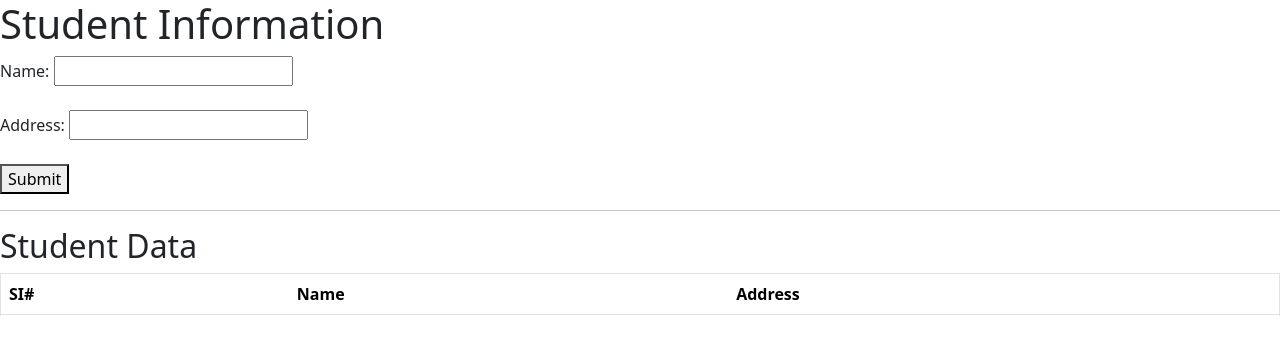
Repository: Rose-gitungo/LearningSpring
Page: Controller & RestController/Assessement07/src/main/resources/static/index.html
The author's editor kept a copy of each file at every save. The page is drawn from the files as they stood at one save, then again after the next save.
The browser window is 1280 px wide. The pictures show the whole page.

Above is the page before, as saved 2024-06-07 13:16:50.

### Controller & RestController/Assessement07/src/main/resources/static/index.html
<!DOCTYPE html>
<html>
<head>
<meta charset="ISO-8859-1">
<title>Insert title here</title>
</head>
<body>
<h1>Student Information</h1>

    <form id="studentForm">
        <label for="name">Name:</label>
        <input type="text" id="name" name="name" required><br><br>

        <label for="address">Address:</label>
        <input type="text" id="address" name="address" required><br><br>

        <button type="submit">Submit</button>
    </form>

    <hr>

    <h2>Student Data</h2>
    <table id="studentTable" border="1" class="table">
        <thead>
            <tr>
				<th>SI#</th>
                <th>Name</th>
                <th>Address</th>
            </tr>
        </thead>
        <tbody>
          <tr></tr>
            <tr></tr>
              <tr></tr>
        </tbody>
    </table>
    <link rel="stylesheet" href="https://cdn.jsdelivr.net/npm/bootstrap@5.3.2/dist/css/bootstrap.min.css" integrity="sha384-T3c6CoIi6uLrA9TneNEoa7RxnatzjcDSCmG1MXxSR1GAsXEV/Dwwykc2MPK8M2HN" crossorigin="anonymous">
</body>
</html>

After the next save:
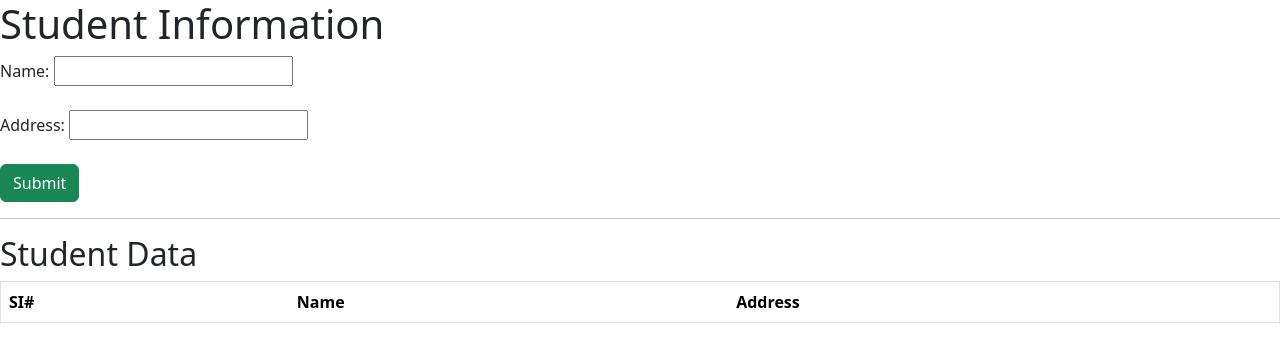
Saved 42 s later.
--- a/Controller & RestController/Assessement07/src/main/resources/static/index.html
+++ b/Controller & RestController/Assessement07/src/main/resources/static/index.html
@@ -14,7 +14,7 @@
         <label for="address">Address:</label>
         <input type="text" id="address" name="address" required><br><br>
 
-        <button type="submit">Submit</button>
+        <button type="submit" class="btn btn-success">Submit</button>
     </form>
 
     <hr>
